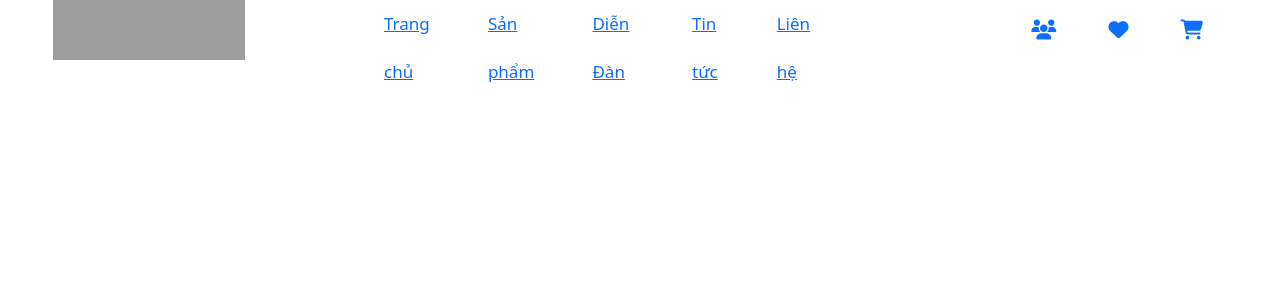
Repository: giacatdat2k5/Baitaplon
Page: da/test.html
These files come from the project's save history. The page is drawn as it stood at one moment and after the next save; the edit follows.
The browser window is 1280 px wide. The pictures show the whole page.
Pictures or frames that could not be fetched are drawn as grey boxes.

Above is the page before, as saved 2023-11-07 22:11:04.

After the next save:
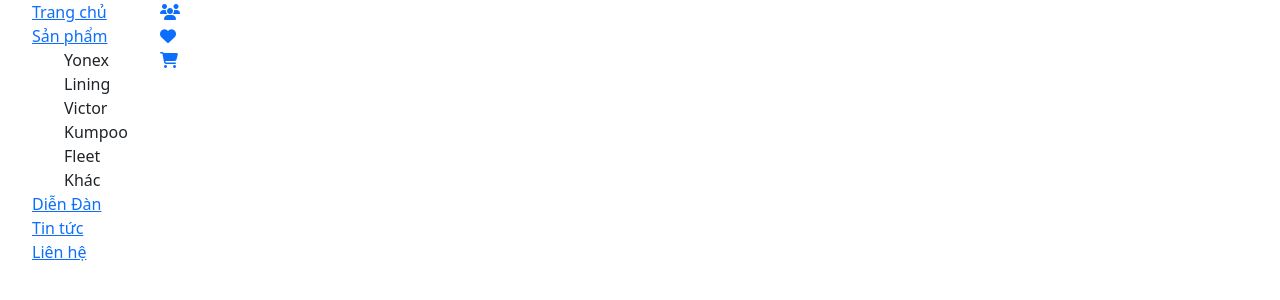
Saved 35 s later.
--- a/da/test.html
+++ b/da/test.html
@@ -4,7 +4,7 @@
     <meta charset="UTF-8">
     <meta name="viewport" content="width=device-width, initial-scale=1.0">
     <title>Document</title>
-    <link rel="stylesheet" type="text/css" href="d.css">
+    <link rel="stylesheet" type="text/css" href="test.css">
     <link rel="stylesheet" href="https://cdnjs.cloudflare.com/ajax/libs/font-awesome/6.4.2/css/all.min.css"/>
     <script src="https://ajax.googleapis.com/ajax/libs/jquery/3.7.1/jquery.min.js"></script>
     <link href="https://cdn.jsdelivr.net/npm/bootstrap@5.3.2/dist/css/bootstrap.min.css" rel="stylesheet" integrity="sha384-T3c6CoIi6uLrA9TneNEoa7RxnatzjcDSCmG1MXxSR1GAsXEV/Dwwykc2MPK8M2HN" crossorigin="anonymous">
